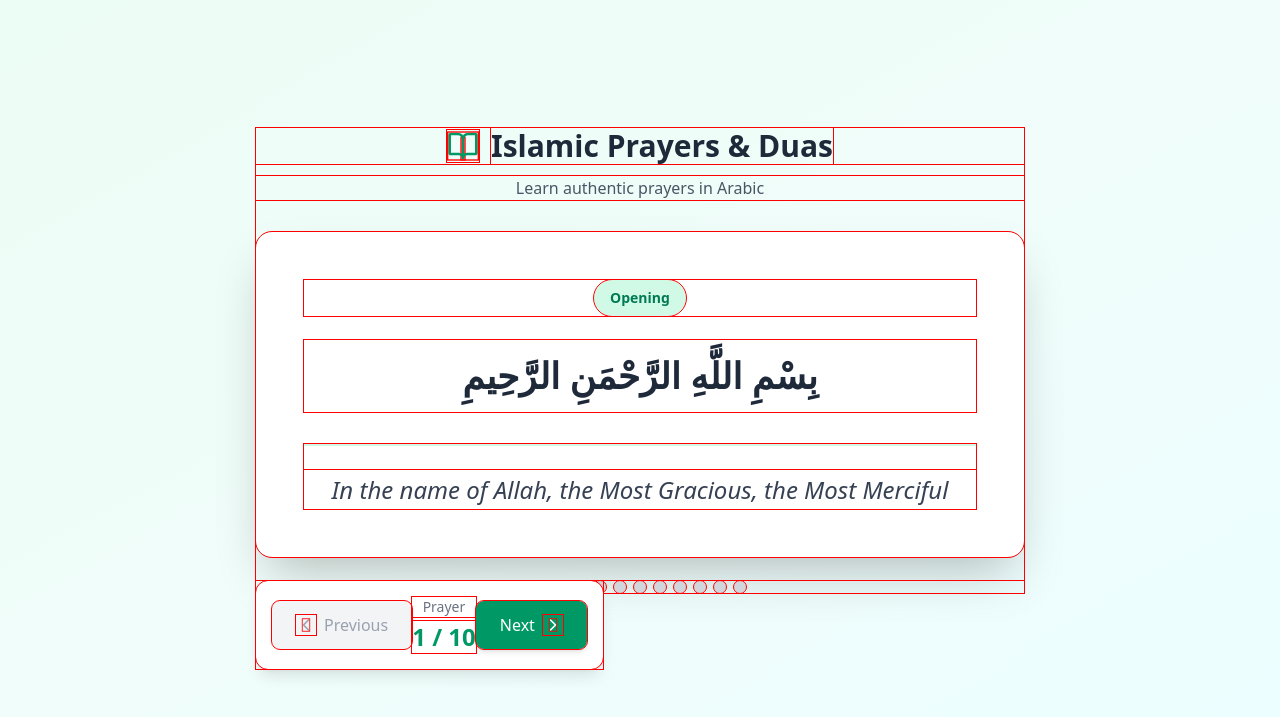
Repository: AbdulquddusMuhammad/prayerApp2.0
Page: /
These files come from the project's save history. The page is drawn as it stood at one moment and after the next save; the edit follows.
The browser window is 1280 px wide. The pictures show the whole page.
The project was rebuilt for these pictures with package versions that can differ from the ones it lists, and the page was loaded fresh each time. Also part of the build but not shown: vite.config.js.

Above is the page before, as saved 2026-01-18 08:51:50.

### index.html
<!DOCTYPE html>
<html lang="en">
  <head>
    <meta charset="UTF-8" />
    <link rel="icon" type="image/sng" href="/prayerAppLogo.png" />
    <meta name="viewport" content="width=device-width, initial-scale=1.0" />
    <title>prayerapp2-0</title>
  </head>
  <body>
    <div id="root"></div>
    <script type="module" src="/src/main.jsx"></script>
  </body>
</html>

### src/main.jsx
import { registerSW } from "virtual:pwa-register";
import { StrictMode } from "react";
import { createRoot } from "react-dom/client";
import "./index.css";
import App from "./App.jsx";

createRoot(document.getElementById("root")).render(
  <StrictMode>
    <App />
  </StrictMode>
);

registerSW({
  onNeedRefresh() {},
  onOfflineReady() {},
});

### src/index.css
@import "tailwindcss";

* {
  outline: 1px solid red;
}

### src/App.jsx
import React, { useState } from "react";
import { ChevronLeft, ChevronRight, BookOpen } from "lucide-react";

const App = () => {
  // Arabic prayers and phrases stored in JavaScript object
  const prayersData = {
    prayers: [
      {
        id: 1,
        arabic: "بِسْمِ اللَّهِ الرَّحْمَنِ الرَّحِيمِ",
        translation: "In the name of Allah, the Most Gracious, the Most Merciful",
        category: "Opening",
      },
      {
        id: 2,
        arabic: "الْحَمْدُ لِلَّهِ رَبِّ الْعَالَمِينَ",
        translation: "All praise is due to Allah, Lord of all the worlds",
        category: "Praise",
      },
      {
        id: 3,
        arabic: "اللَّهُمَّ صَلِّ عَلَى مُحَمَّدٍ وَعَلَى آلِ مُحَمَّدٍ",
        translation: "O Allah, send blessings upon Muhammad and the family of Muhammad",
        category: "Salawat",
      },
      {
        id: 4,
        arabic: "سُبْحَانَ اللَّهِ وَالْحَمْدُ لِلَّهِ وَلَا إِلَهَ إِلَّا اللَّهُ وَاللَّهُ أَكْبَرُ",
        translation: "Glory be to Allah, and praise be to Allah, and there is no god but Allah, and Allah is the Greatest",
        category: "Dhikr",
      },
      {
        id: 5,
        arabic: "رَبَّنَا آتِنَا فِي الدُّنْيَا حَسَنَةً وَفِي الْآخِرَةِ حَسَنَةً وَقِنَا عَذَابَ النَّارِ",
        translation: "Our Lord, give us good in this world and good in the Hereafter, and protect us from the punishment of the Fire",
        category: "Dua",
      },
      {
        id: 6,
        arabic: "اللَّهُمَّ إِنِّي أَسْأَلُكَ الْهُدَى وَالتُّقَى وَالْعَفَافَ وَالْغِنَى",
        translation: "O Allah, I ask You for guidance, piety, chastity, and self-sufficiency",
        category: "Dua",
      },
      {
        id: 7,
        arabic: "رَبِّ اشْرَحْ لِي صَدْرِي وَيَسِّرْ لِي أَمْرِي",
        translation: "My Lord, expand my chest and make my task easy for me",
        category: "Dua",
      },
      {
        id: 8,
        arabic: "لَا إِلَهَ إِلَّا أَنْتَ سُبْحَانَكَ إِنِّي كُنْتُ مِنَ الظَّالِمِينَ",
        translation: "There is no deity except You; exalted are You. Indeed, I have been of the wrongdoers",
        category: "Dua",
      },
      {
        id: 9,
        arabic: "اللَّهُمَّ إِنِّي أَعُوذُ بِكَ مِنَ الْهَمِّ وَالْحَزَنِ",
        translation: "O Allah, I seek refuge in You from anxiety and grief",
        category: "Protection",
      },
      {
        id: 10,
        arabic: "حَسْبُنَا اللَّهُ وَنِعْمَ الْوَكِيلُ",
        translation: "Allah is sufficient for us, and He is the best Disposer of affairs",
        category: "Trust in Allah",
      },
    ],
  };

  const [currentIndex, setCurrentIndex] = useState(0);
  const currentPrayer = prayersData.prayers[currentIndex];

  const goToNext = () => {
    setCurrentIndex((prev) => (prev < prayersData.prayers.length - 1 ? prev + 1 : prev));
  };

  const goToPrevious = () => {
    setCurrentIndex((prev) => (prev > 0 ? prev - 1 : prev));
  };

  return (
    <div className="min-h-screen bg-gradient-to-br from-emerald-50 via-teal-50 to-cyan-50 flex items-center justify-center p-4">
      <div className="max-w-3xl w-full">
        {/* Header */}
        <div className="text-center mb-8">
          <div className="flex items-center justify-center gap-3 mb-3">
            <BookOpen className="w-8 h-8 text-emerald-600" />
            <h1 className="text-3xl font-bold text-gray-800">Islamic Prayers & Duas</h1>
          </div>
          <p className="text-gray-600">Learn authentic prayers in Arabic</p>
        </div>

        {/* Prayer Card */}
        <div className="bg-white rounded-2xl shadow-2xl p-8 md:p-12 mb-6">
          {/* Category Badge */}
          <div className="text-center mb-6">
            <span className="inline-block px-4 py-2 bg-emerald-100 text-emerald-700 text-sm font-semibold rounded-full">{currentPrayer.category}</span>
          </div>

          {/* Arabic Text */}
          <div className="mb-8 text-center" dir="rtl">
            <p className="text-3xl md:text-4xl font-bold text-gray-800 leading-loose">{currentPrayer.arabic}</p>
          </div>

          {/* Translation */}
          <div className="border-t-2 border-emerald-100 pt-6">
            <p className="text-xl md:text-2xl text-gray-700 text-center italic leading-relaxed">{currentPrayer.translation}</p>
          </div>
        </div>

        {/* Navigation Controls */}
        <div className="_navigation_ fixed">
          <div className="flex items-center justify-between bg-white rounded-xl shadow-lg p-4">
            <button onClick={goToPrevious} disabled={currentIndex === 0} className={`flex items-center gap-2 px-6 py-3 rounded-lg font-medium transition-all ${currentIndex === 0 ? "bg-gray-100 text-gray-400 cursor-not-allowed" : "bg-emerald-600 text-white hover:bg-emerald-700 shadow-md"}`}>
              <ChevronLeft className="w-5 h-5" />
              Previous
            </button>

            <div className="text-center">
              <p className="text-sm text-gray-500 mb-1">Prayer</p>
              <p className="text-2xl font-bold text-emerald-600">
                {currentIndex + 1} / {prayersData.prayers.length}
              </p>
            </div>

            <button onClick={goToNext} disabled={currentIndex === prayersData.prayers.length - 1} className={`flex items-center gap-2 px-6 py-3 rounded-lg font-medium transition-all ${currentIndex === prayersData.prayers.length - 1 ? "bg-gray-100 text-gray-400 cursor-not-allowed" : "bg-emerald-600 text-white hover:bg-emerald-700 shadow-md"}`}>
              Next
              <ChevronRight className="w-5 h-5" />
            </button>
          </div>
        </div>

        {/* Progress Dots */}
        <div className="flex justify-center gap-2 mt-6">
          {prayersData.prayers.map((_, index) => (
            <button key={index} onClick={() => setCurrentIndex(index)} className={`w-3 h-3 rounded-full transition-all ${index === currentIndex ? "bg-emerald-600 w-8" : "bg-gray-300 hover:bg-gray-400"}`} />
          ))}
        </div>
      </div>
    </div>
  );
};

export default App;

After the next save:
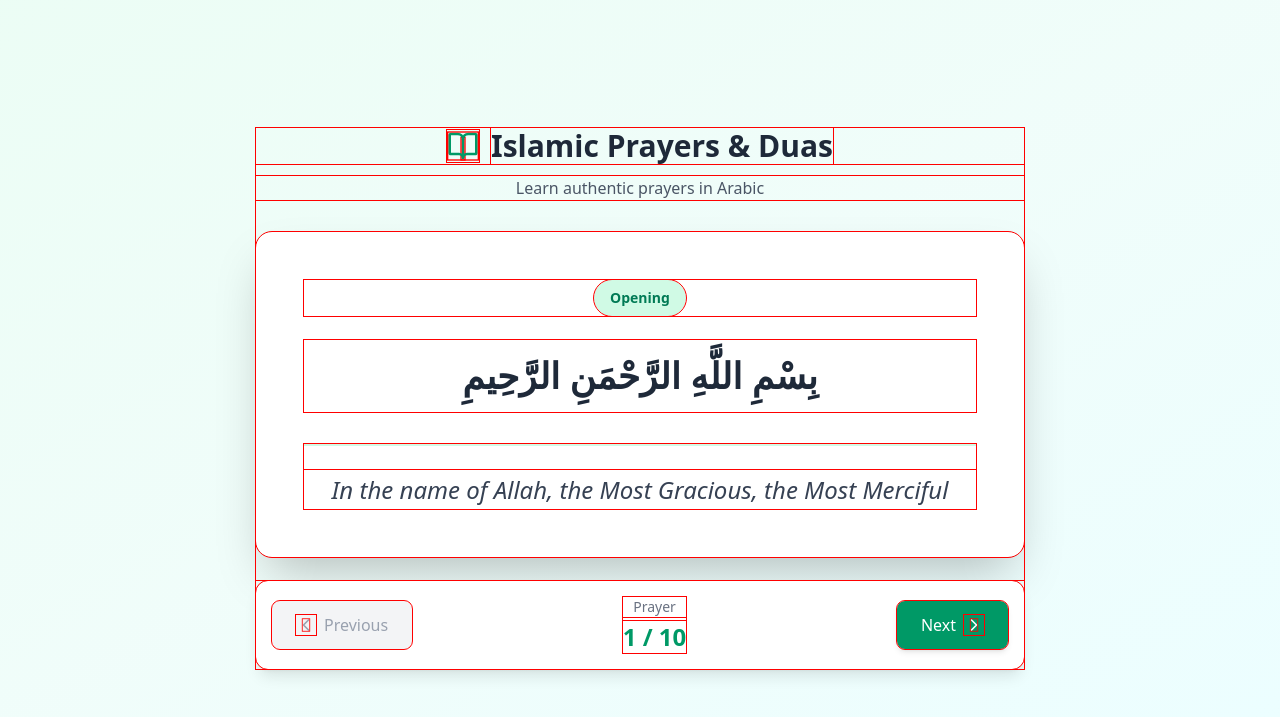
Saved 9 min 1 s later.
--- a/src/App.jsx
+++ b/src/App.jsx
@@ -110,7 +110,7 @@
         </div>
 
         {/* Navigation Controls */}
-        <div className="_navigation_ fixed">
+        <div className="_navigation_ fixed max-w-3xl w-full">
           <div className="flex items-center justify-between bg-white rounded-xl shadow-lg p-4">
             <button onClick={goToPrevious} disabled={currentIndex === 0} className={`flex items-center gap-2 px-6 py-3 rounded-lg font-medium transition-all ${currentIndex === 0 ? "bg-gray-100 text-gray-400 cursor-not-allowed" : "bg-emerald-600 text-white hover:bg-emerald-700 shadow-md"}`}>
               <ChevronLeft className="w-5 h-5" />

After the save that followed:
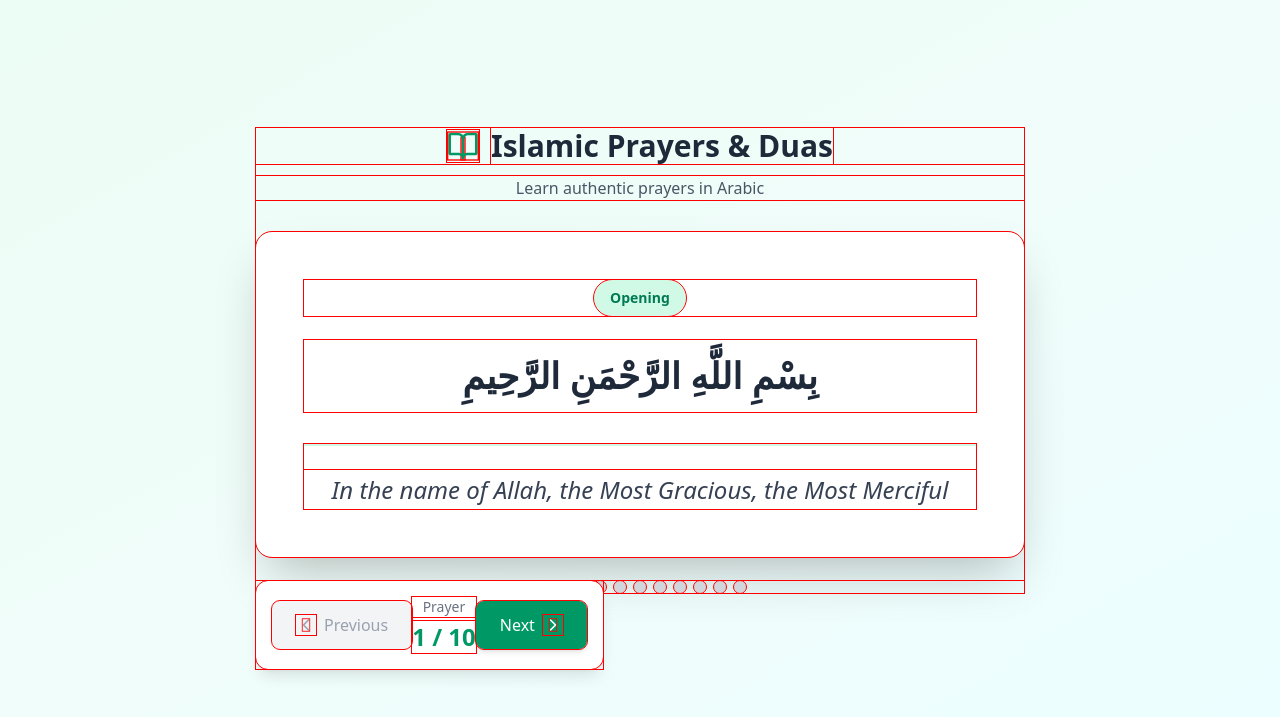
Saved 10 s later.
--- a/src/App.jsx
+++ b/src/App.jsx
@@ -110,7 +110,7 @@
         </div>
 
         {/* Navigation Controls */}
-        <div className="_navigation_ fixed max-w-3xl w-full">
+        <div className="_navigation_ fixed ">
           <div className="flex items-center justify-between bg-white rounded-xl shadow-lg p-4">
             <button onClick={goToPrevious} disabled={currentIndex === 0} className={`flex items-center gap-2 px-6 py-3 rounded-lg font-medium transition-all ${currentIndex === 0 ? "bg-gray-100 text-gray-400 cursor-not-allowed" : "bg-emerald-600 text-white hover:bg-emerald-700 shadow-md"}`}>
               <ChevronLeft className="w-5 h-5" />
